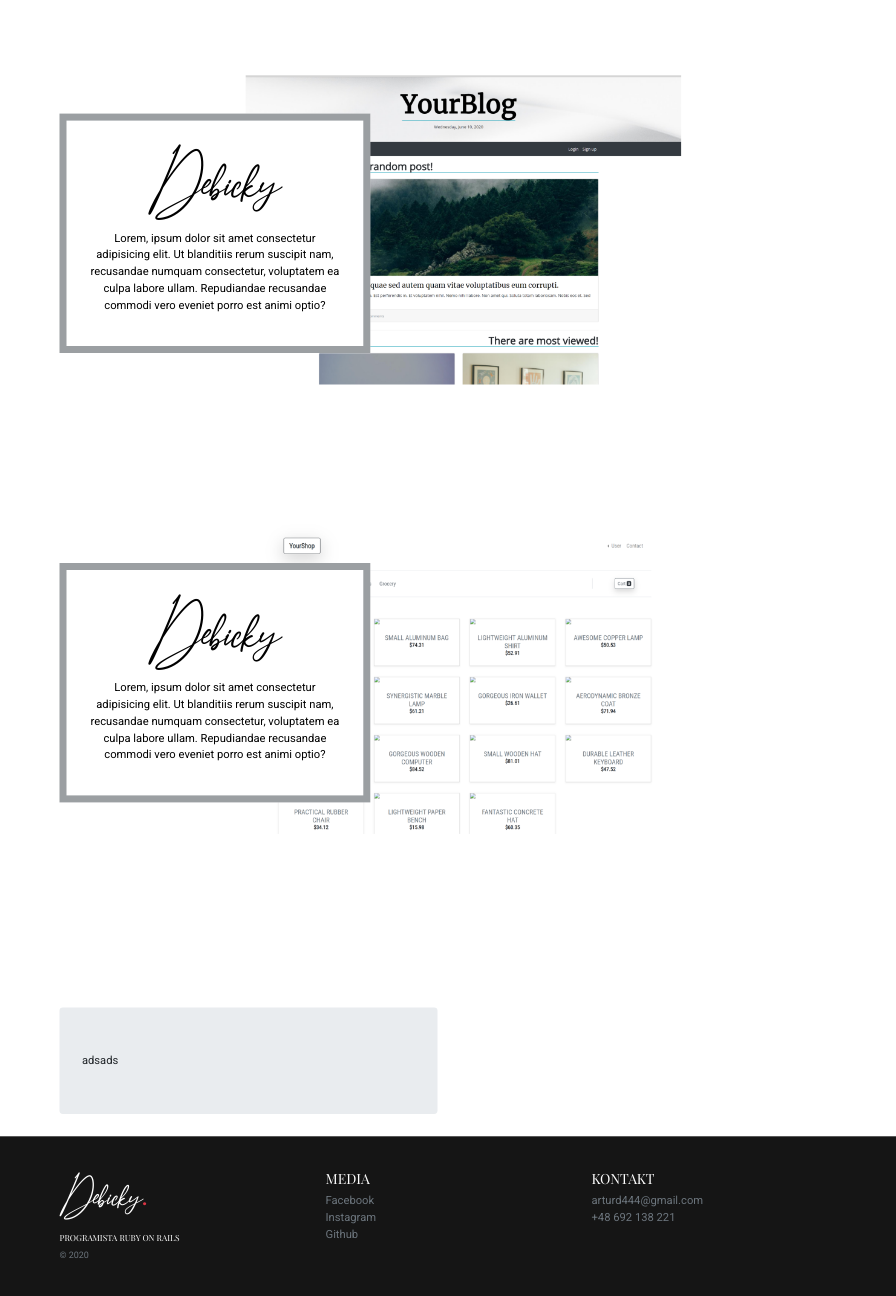
Repository: debicky/debicky.github.io
Page: index.html
An editor plug-in stored every save of this project. The page is shown before and after the next save, followed by the edit.
The browser window is 1280 px wide. The pictures show the part of the page from y = 1426 to 3346 px (the page is 3277 px tall before and 3346 px after), at 70% of full size.
Some web libraries are served in a nearby version.

Above is the page before, as saved 2020-06-10 13:56:00.

After the next save:
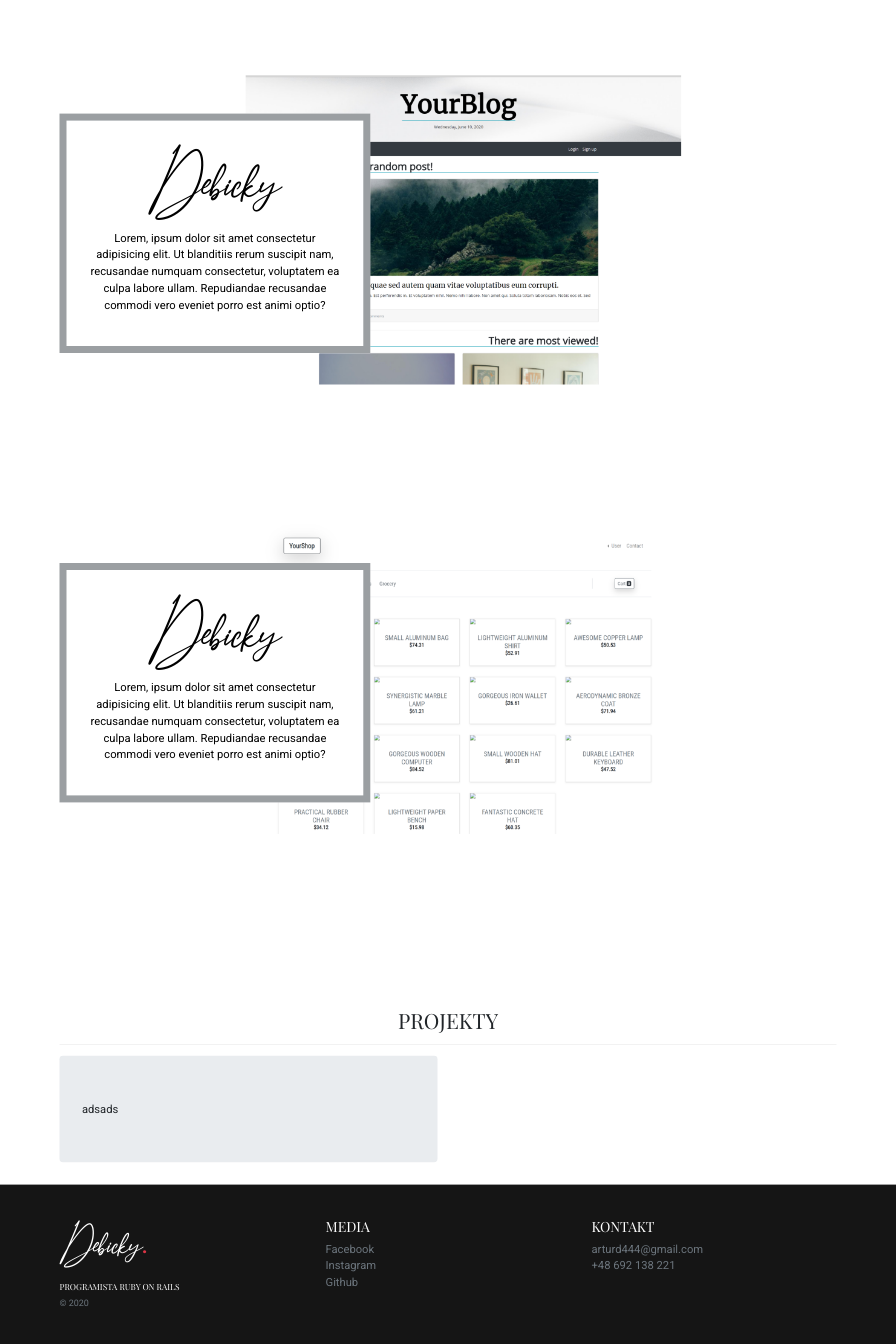
Saved 12 s later.
--- a/index.html
+++ b/index.html
@@ -120,6 +120,8 @@
 
   <section class="contact">
     <div class="container">
+      <h1 class="text-center">Projekty</h1>
+      <hr>
       <div class="row">
         <div class="col-12 col-md-6 col-lg-6 mb-5 mb-md-0">
           <div class="jumbotron">adsads</div>
